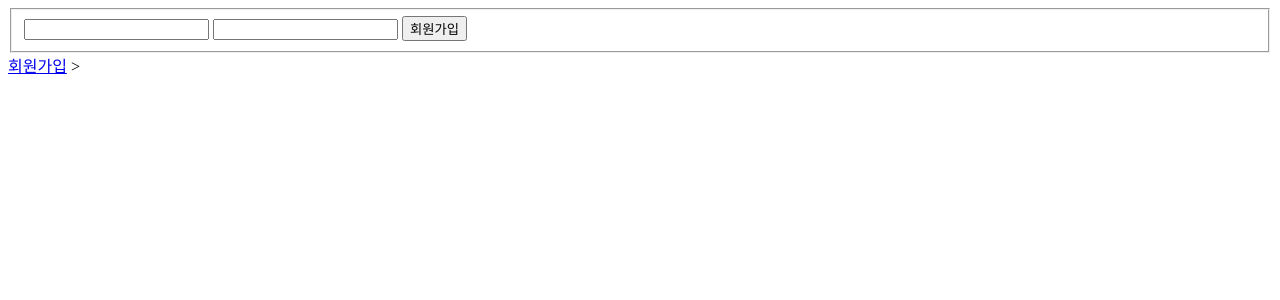
Repository: yejin-yun/server_script_game
Page: Servlet_JSP/model3/WebContent/join.html
An editor plug-in stored every save of this project. The page is shown before and after the next save, followed by the edit.
The browser window is 1280 px wide. The pictures show the whole page.
Some web libraries are served in a nearby version.

Above is the page before, as saved 2020-02-14 16:18:44.

### Servlet_JSP/model3/WebContent/join.html
<!DOCTYPE html>
<html>
<head>
<meta charset="UTF-8">
<title>Insert title here</title>
<!-- jquery 설정이 된 거. 즉 사용할 수 있게 된 거. 사용하려면 스크립트를 열기  -->
<script src="https://ajax.googleapis.com/ajax/libs/jquery/3.1.1/jquery.min.js"></script>
<script type="text/javascript">
$(document).ready(function(){
	$("form").submit(function(e){
		//통신 --> 아작스 통신을 할 것.
		$.ajax({
			url:"/m/loginProc",
			data:$("form").serialize(),
			dataType:"json",
			type:"get",
			success:function(json) {
				//성공하면 여기서 성공 결과를 보고 화면 처리를 하면 됨.
				console.log(json.uid, json.upw); //이렇게 하면 데이터가 안나옴. 당연함. 아직 loginOk.jsp의 제이슨에 값을 넣어주지 않았기 때문.
				//위의 값들이 존재한다면 어디로 가느냐.. 우리가 여기서 페이지 이동까지 할 필요는 없을 거 같음. 로그인 성공까지만 구성하면 될 거 같음.
				alert(json.uid + "님 환영합니다");
				document.location.href="bbs3.html";
			},
			error:function(err) {
				//로그인실패
				console.log(err);
				alert("로그인 실패");
			}
		});

		//데이터 전송을 막는 방법: 이벤트를 매개변수로 받아서 preventDefault()를 치면 데이터가 가지 않음. 이를 이용해 이벤트를 중단 시킬 수 있음.
		e.preventDefault(); //이벤트 중단
		return false; //return false를 통해서도 이벤트 중단 가능 둘 중에 하나 쓰면 됨.
	});
});
</script>
</head>
<body>
	<fieldset>
		<form name="frm1" action="/m/loginProc"> <!-- mvc에 따르면 서블릿으로 가야됨.  -->
			<input type="text" name="uid">
			<input type="password" name="upw">
			<input type="submit" value="회원가입">
		</form>
	</fieldset>
	<a href="join.jsp">회원가입</a> > <!-- 모델2니까 회원가입은 서블릿으로 가야됨.  -->
</body>
</html>
<!-- 이렇게 jsp에서 직관적으로 흐름에 맞춰서 짜는게 model1 방식 -->

After the next save:
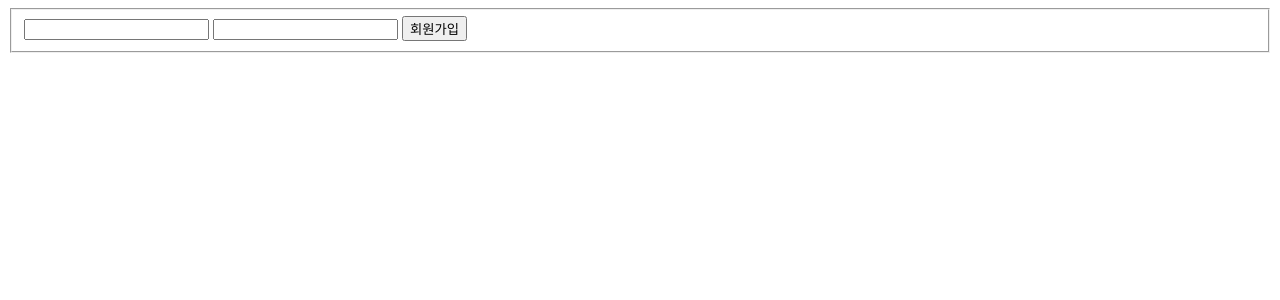
Saved 42 s later.
--- a/Servlet_JSP/model3/WebContent/join.html
+++ b/Servlet_JSP/model3/WebContent/join.html
@@ -36,6 +36,7 @@ $(document).ready(function(){
 </script>
 </head>
 <body>
+	<!-- 회원에서 아이디, 비번을 넣으면 joinProc로 감. -->
 	<fieldset>
 		<form name="frm1" action="/m/loginProc"> <!-- mvc에 따르면 서블릿으로 가야됨.  -->
 			<input type="text" name="uid">
@@ -43,7 +44,6 @@ $(document).ready(function(){
 			<input type="submit" value="회원가입">
 		</form>
 	</fieldset>
-	<a href="join.jsp">회원가입</a> > <!-- 모델2니까 회원가입은 서블릿으로 가야됨.  -->
 </body>
 </html>
 <!-- 이렇게 jsp에서 직관적으로 흐름에 맞춰서 짜는게 model1 방식 -->
